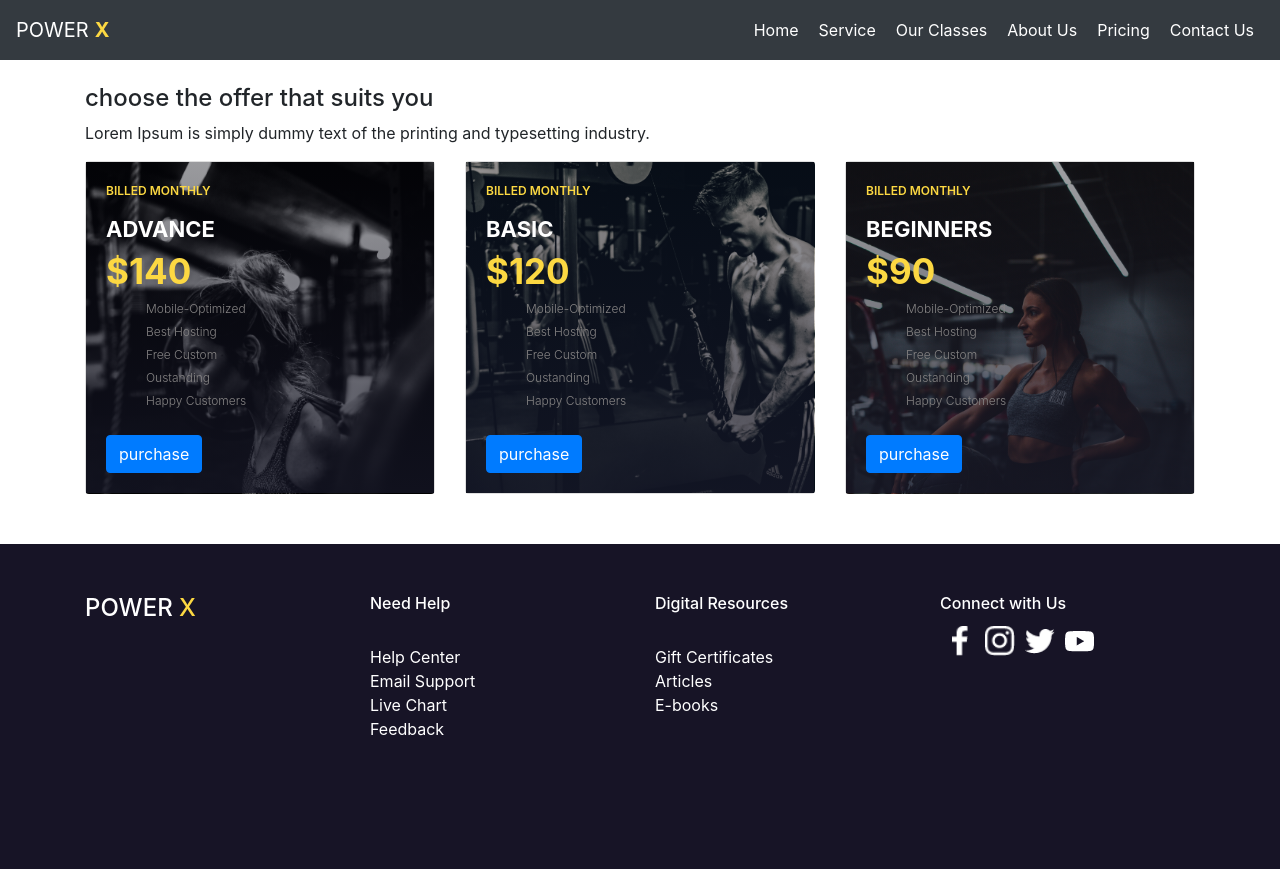
Repository: arif286/power-x-gym
Page: /pricing
These files come from the project's save history. The page is drawn as it stood at one moment and after the next save; the edit follows.
The browser window is 1280 px wide. The pictures show the whole page.
The project was rebuilt for these pictures with package versions that can differ from the ones it lists, and the page was loaded fresh each time. Also part of the build but not shown: src/components/Classes/Classes.js, src/components/About/About.js, src/components/ChooseUs/ChooseUs.js, src/components/Programs/Programs.css, src/components/Programs/Programs.js, src/components/WorkOut/WorkOut.css, src/components/WorkOut/WorkOut.js, src/components/Home/Home.js.

Above is the page before, as saved 2021-04-07 23:38:38.

### src/index.js
import React from 'react';
import ReactDOM from 'react-dom';
import App from './App';
import "./index.css";
import reportWebVitals from './reportWebVitals';
ReactDOM.render(
  <React.StrictMode>
    <App />
  </React.StrictMode>,
  document.getElementById('root')
);

// If you want to start measuring performance in your app, pass a function
// to log results (for example: reportWebVitals(console.log))
// or send to an analytics endpoint. Learn more: https://bit.ly/CRA-vitals
reportWebVitals();

### src/App.js
import "bootstrap/dist/css/bootstrap.min.css";
import React from 'react';
import { BrowserRouter as Router, Route, Switch } from "react-router-dom";
import Classes from "./components/Classes/Classes";
import Footer from "./components/Footer/Footer";
import Header from './components/Header/Header';
import Home from './components/Home/Home';
import PricingPlan from "./components/PricingPlan/PricingPlan";
function App() {
  return (
    <div>
      <Router>
        <Header />
        <Switch>
          <Route path="/home">
            <Home />
          </Route>
          <Route path="/classes">
            <Classes/>
          </Route>
          <Route path='/pricing'>
            <PricingPlan/>
          </Route>
          <Route exact path="/">
            <Home />
          </Route>
        </Switch>
        <Footer />
      </Router>
    </div>
  );
}

export default App;

### src/components/Footer/Footer.js
import React from "react";
import { Col, Container, Row } from "react-bootstrap";
import { NavLink } from "react-router-dom";
import Facebook from "../../power-x-gym/Image & Icon/bxl-facebook.png";
import Instagram from "../../power-x-gym/Image & Icon/bxl-instagram.png";
import Twitter from "../../power-x-gym/Image & Icon/bxl-twitter.png";
import YouTube from "../../power-x-gym/Image & Icon/bxl-youtube.png";
import "./Footer.css";
const Footer = () => {
  return (
    <footer>
      <Container>
        <Row className="footer-title">
          <Col xs={12} sm={6} md={3} className="pb-5">
            <h4 style={{ color: "white" }}>
              POWER <span style={{ color: "#fcd842" }}>X</span>
            </h4>
          </Col>
          <Col xs={12} sm={6} md={3} className="pb-5">
            <h6>Need Help</h6>
            <ul className="footer-link">
              <li>
                <NavLink className="company-list" to="/">
                  Help Center
                </NavLink>
              </li>
              <li>
                <NavLink className="company-list" to="/">
                  {" "}
                  Email Support
                </NavLink>
              </li>
              <li>
                <NavLink className="company-list" to="/">
                  Live Chart
                </NavLink>
              </li>
              <li>
                <NavLink className="company-list" to="/">
                  Feedback
                </NavLink>
              </li>
            </ul>
          </Col>
          <Col xs={12} sm={6} md={3} className="pb-5">
            <h6>Digital Resources</h6>
            <ul className="footer-link">
              <li>
                <NavLink className="company-list" to="/">
                  Gift Certificates
                </NavLink>
              </li>
              <li>
                <NavLink className="company-list" to="/">
                  Articles
                </NavLink>
              </li>
              <li>
                <NavLink className="company-list" to="/">
                  E-books
                </NavLink>
              </li>
            </ul>
          </Col>
          <Col xs={12} sm={6} md={3} className="pb-5">
            <h6>Connect with Us</h6>
            <div className="social-link">
              <p>
                <a href="/">
                  <img className="social-img" src={Facebook} alt="" />
                </a>
              </p>
              <p className="social-link">
                <a href="/">
                  <img className="social-img" src={Instagram} alt="" />
                </a>
              </p>
              <p>
                <a href="/">
                  <img className="social-img" src={Twitter} alt="" />
                </a>
              </p>
              <p>
                <a href="/">
                  <img className="social-img" src={YouTube} alt="" />
                </a>
              </p>
            </div>
          </Col>
        </Row>
      </Container>
    </footer>
  );
};

export default Footer;

### src/components/Header/Header.js
import React from "react";
import { Nav, Navbar } from "react-bootstrap";
import { NavLink } from "react-router-dom";
import './Header.css';
const Header = () => {
  return (
    <div>
      <Navbar bg="dark" variant="dark" expand="lg">
        <Navbar.Brand href="#home">
          POWER
          <span
            style={{ color: "#FCD842", marginLeft: "6px", fontWeight: 700 }}
          >
            X
          </span>
        </Navbar.Brand>
        <Navbar.Toggle aria-controls="basic-navbar-nav" />
        <Navbar.Collapse id="basic-navbar-nav">
          <Nav className="ml-auto">
            <NavLink className="header-link" to="/home">
              Home
            </NavLink>
            <NavLink className="header-link" to="#features">
              Service
            </NavLink>
            <NavLink className="header-link" to="/classes">
              Our Classes
            </NavLink>
            <NavLink className="header-link" to="/features">
              About Us
            </NavLink>
            <NavLink className="header-link" to="/pricing">
              Pricing
            </NavLink>
            <NavLink className="header-link" to="/pricing">
              Contact Us
            </NavLink>
          </Nav>
        </Navbar.Collapse>
      </Navbar>
      <br />
    </div>
  );
};

export default Header;

### src/components/PricingPlan/PricingPlan.js
import React from "react";
import { Button, Card, Col, Container, Row } from "react-bootstrap";
import './PricingPlan.css';

const PricingPlan = () => {
  return (
    <Container>
      <h4>choose the offer that suits you</h4>
      <p>
        Lorem Ipsum is simply dummy text of the printing and typesetting
        industry.
      </p>
      <Row className="row-cols-1 row-cols-sm-3">
        <Col>
          <Card className="advance-plan price-card">
            <Card.Body>
              <p>billed monthly</p>
              <h6>advance</h6>
              <h6 style={{ color: "#fcd842", fontSize: "35px" }}>$140</h6>
              <ul className="price-plan">
                <li>Mobile-Optimized</li>
                <li>Best Hosting</li>
                <li>Free Custom</li>
                <li>Oustanding</li>
                <li>Happy Customers</li>
              </ul>
              <Button>purchase</Button>
            </Card.Body>
          </Card>
        </Col>
        <Col>
          <Card className="basic-plan price-card">
            <Card.Body>
              <p>billed monthly</p>
              <h6>basic</h6>
              <h6 style={{ color: "#fcd842", fontSize: "35px" }}>$120</h6>
              <ul className="price-plan">
                <li>Mobile-Optimized</li>
                <li>Best Hosting</li>
                <li>Free Custom</li>
                <li>Oustanding</li>
                <li>Happy Customers</li>
              </ul>
              <Button>purchase</Button>
            </Card.Body>
          </Card>
        </Col>
        <Col>
          <Card className="beginner-plan price-card">
            <Card.Body>
              <p>billed monthly</p>
              <h6>beginners</h6>
              <h6 style={{ color: "#fcd842", fontSize: "35px" }}>$90</h6>
              <ul className="price-plan">
                <li>Mobile-Optimized</li>
                <li>Best Hosting</li>
                <li>Free Custom</li>
                <li>Oustanding</li>
                <li>Happy Customers</li>
              </ul>
              <Button>purchase</Button>
            </Card.Body>
          </Card>
        </Col>
      </Row>
    </Container>
  );
};

export default PricingPlan;

### src/components/Footer/Footer.css
footer {
  background-color: #171426;
  padding-top: 50px;
  padding-bottom: 80px;
  margin-top: 50px;
}
.footer-link {
  list-style: none;
  display: inline;
}
.company-list {
  text-decoration: none;
  color: white;
}
.company-list:hover {
  color: hotpink;
  text-decoration: none;
}
.social-link {
  display: flex;
}

.social-img {
  width: 30px;
  height: 30px;
  object-fit: contain;
}

.social-link p {
  padding: 5px;
  display: inline;
}

.social-link p a img:hover {
  background-color: #257cc3;
}
.footer-title h6 {
  color: white;
}

### src/components/Header/Header.css
.header-link {
  text-decoration: none !important;
  color: white;
  padding: 10px;
}
.header-link:hover {
  color: gray;
}

### src/components/PricingPlan/PricingPlan.css
.advance-plan {
  background-image: linear-gradient(#0708115e, #151626c4),
    url("../../power-x-gym/Image & Icon/hipcravo-5UbIqV58CW8-unsplash.jpg");
  background-repeat: no-repeat;
  background-size: cover;
}
.basic-plan {
  background-image: linear-gradient(#0708115e, #151626c4),
    url("../../power-x-gym/Image & Icon/daniel-apodaca-WdoQio6HPVA-unsplash.jpg");
  background-repeat: no-repeat;
  background-size: cover;
}
.beginner-plan {
  background-image: linear-gradient(#0708115e, #151626c4),
    url("../../power-x-gym/Image & Icon/penguinuhh-8VI6WwEEEHw-unsplash.jpg");
  background-repeat: no-repeat;
  background-size: cover;
}

.price-card p {
  color: #fcd842;
  text-transform: uppercase;
  font-size: 12px;
  font-weight: 600;
}

.price-card h6 {
  color: white;
  text-transform: uppercase;
  font-weight: 700;
  font-size: 22px;
}
.price-plan {
  list-style: none;
  margin-bottom: 20px;
}
.price-plan li {
  color: #868484;
  font-size: 12px;
  font-weight: 300;
  padding-bottom: 5px;
}

Loaded but not shown: public/index.html (common file); src/index.css (common file); src/reportWebVitals.js (common file)

After the next save:
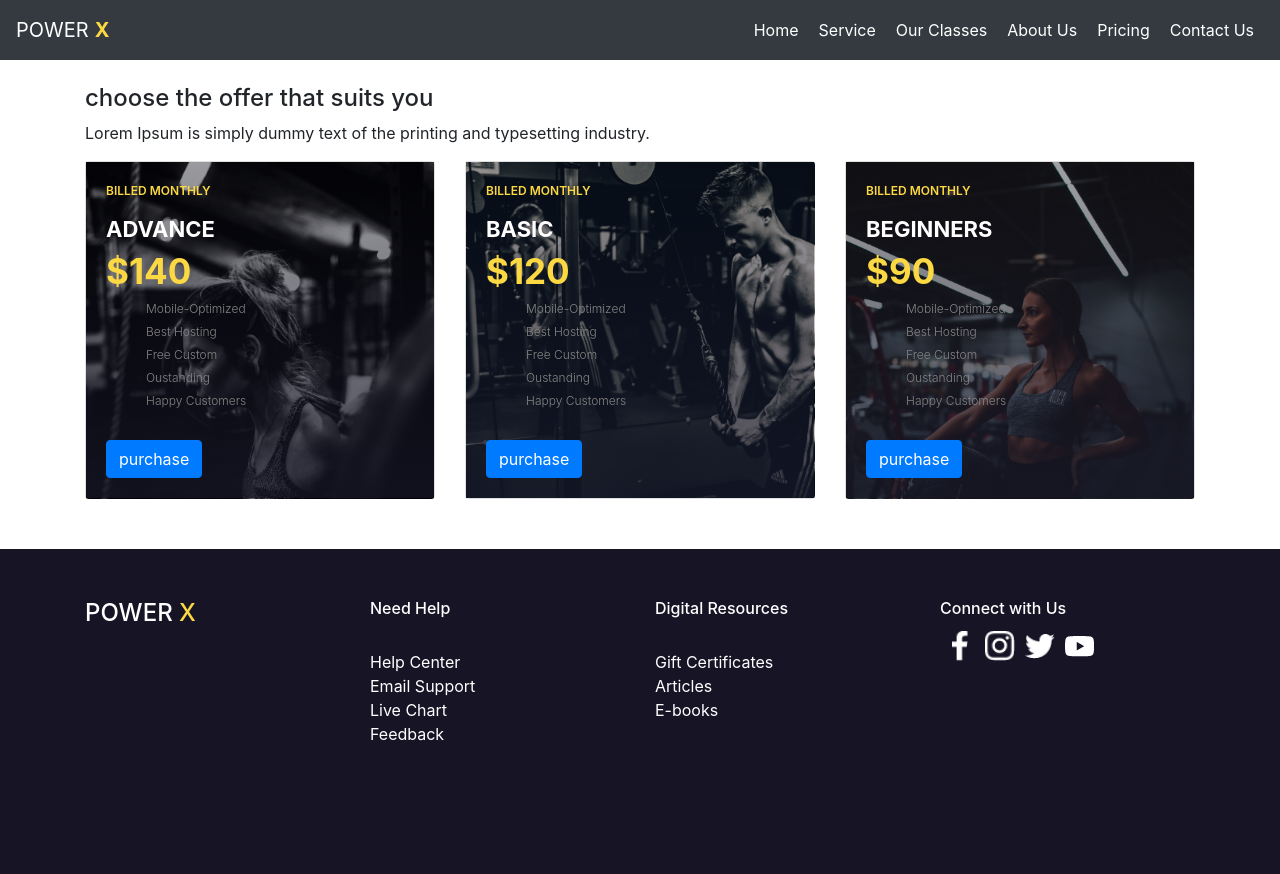
Saved 8 s later.
--- a/src/components/PricingPlan/PricingPlan.css
+++ b/src/components/PricingPlan/PricingPlan.css
@@ -32,7 +32,7 @@
 }
 .price-plan {
   list-style: none;
-  margin-bottom: 20px;
+  margin-bottom: 25px;
 }
 .price-plan li {
   color: #868484;
